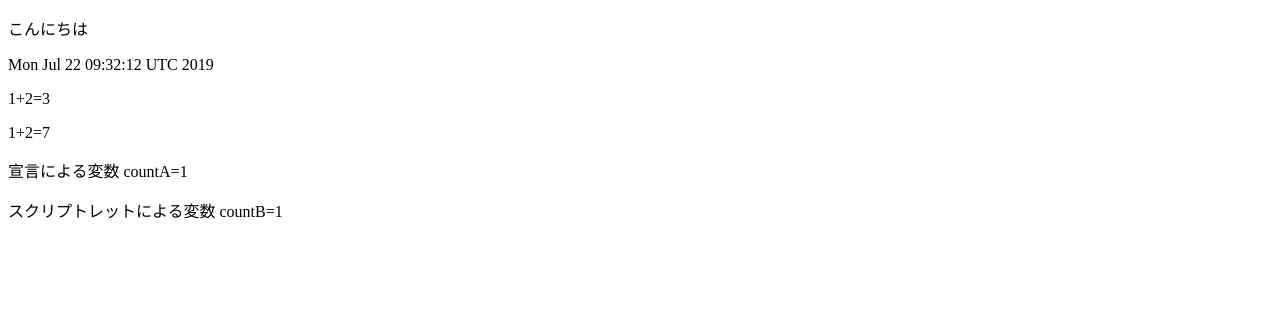
Repository: xnjsuxzc1825/test
Page: http://localhost/HelloJSP/
These files come from the project's save history. The page is drawn as it stood at one moment and after the next save; the edit follows.
The browser window is 1280 px wide. The pictures show the whole page.
The page is served by Tomcat 9.

Above is the page before, as saved 2019-07-24 09:54:45.

### HelloJSP/WebContent/index.jsp
<%@ page language="java" contentType="text/html; charset=UTF-8" pageEncoding="UTF-8" %>
<!DOCTYPE html>
<html>
	<head>
	<meta charset="UTF-8">
	<title>TEST</title>
</head>
<body>
<p>こんにちは</p>
<%--コメント--%>

<%--スクリプトレット--%>
<% out.println(new java.util.Date()); %>
<%--JSPのタグでは記述できない処理をJavaコードで処理する場合に使用する --%>

<%--宣言文--%>
<%! int add(int a, int b){
		return a+b;
}%>
<%--変数、メソッドを宣言--%>

<%--式--%>
<p>1+2=<%=add(1,2) %></p>
<p>1+2=<%=add(3,4) %></p>
<%--Javaコードを記述し、その実行結果を表示する。voidのメソッドや変数の宣言のみを式に記述することは出来ない --%>

<%! int countA=0; %>
<% int countB=0;
	countA++;
	countB++;
%>

<p>宣言による変数 countA=<%=countA %></p>
<p>スクリプトレットによる変数 countB=<%=countB %></p>


</body>
</html>

After the next save:
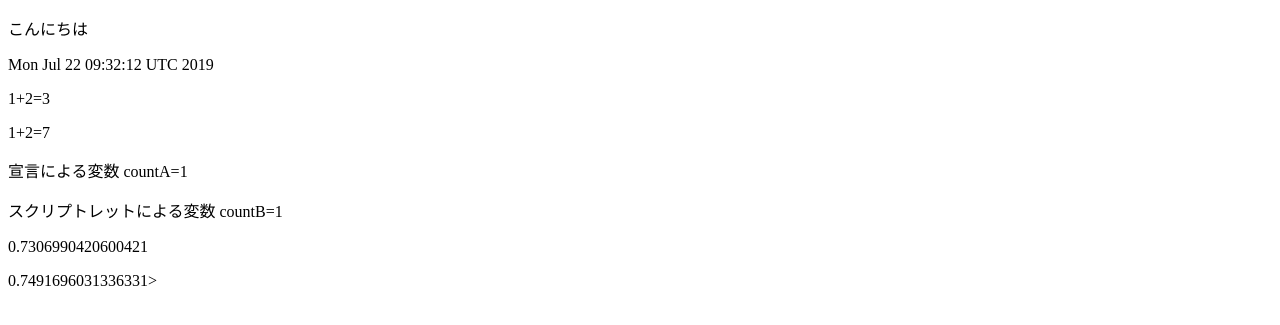
Saved 77 s later.
--- a/HelloJSP/WebContent/index.jsp
+++ b/HelloJSP/WebContent/index.jsp
@@ -33,6 +33,8 @@
 <p>宣言による変数 countA=<%=countA %></p>
 <p>スクリプトレットによる変数 countB=<%=countB %></p>
 
+<p><% out.println(Math.random()); %></p>
+<p><%=Math.random() %>></p>
 
 </body>
 </html>
